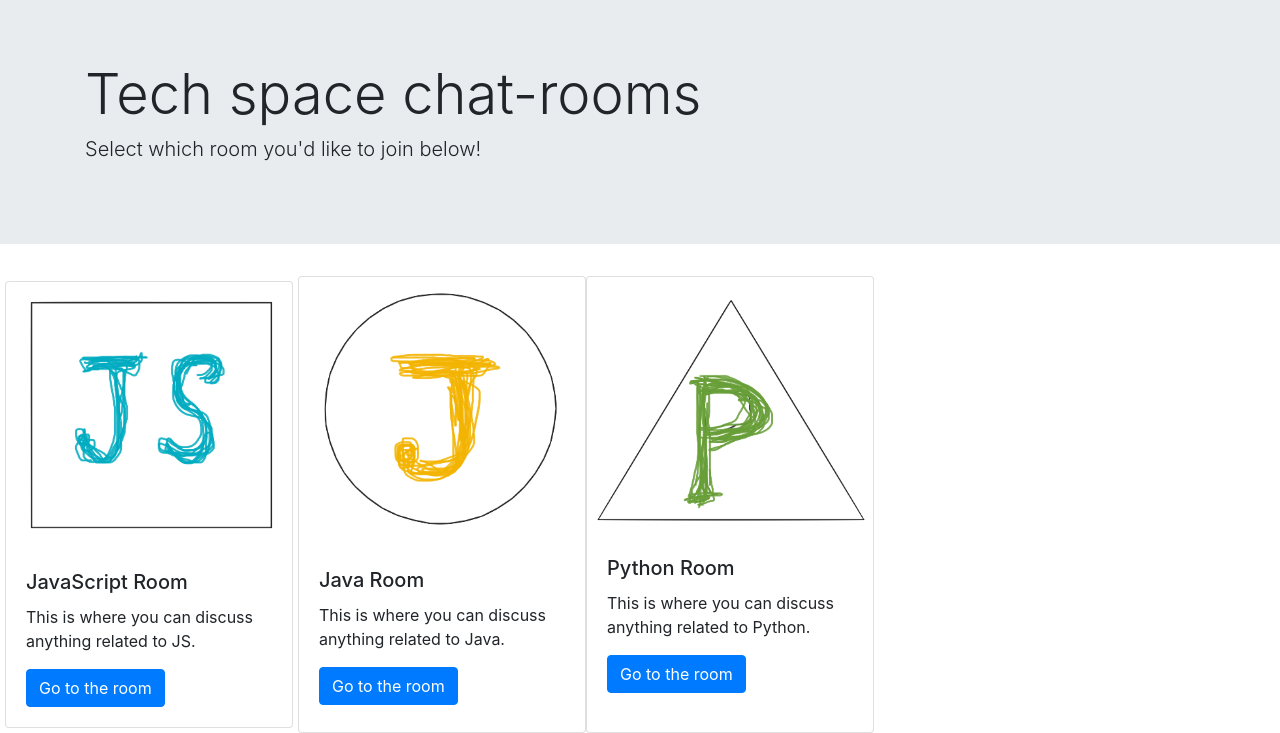
Repository: K-TT/ChatRoom
Page: public/index.html
The author's editor kept a copy of each file at every save. The page is drawn from the files as they stood at one save, then again after the next save.
The browser window is 1280 px wide. The pictures show the whole page.
Some web libraries are served in a nearby version.

Above is the page before, as saved 2022-02-20 17:19:07.

### public/index.html
<!DOCTYPE html>
<html lang="en">

<head>
    <title>ChatRoom</title>
    <meta charset="UTF-8">
    <meta name="viewport" content="width=device-width, initial-scale=1">
    <link rel="stylesheet" href="https://maxcdn.bootstrapcdn.com/bootstrap/4.0.0-beta/css/bootstrap.min.css" integrity="sha384-/Y6pD6FV/Vv2HJnA6t+vslU6fwYXjCFtcEpHbNJ0lyAFsXTsjBbfaDjzALeQsN6M" crossorigin="anonymous">

</head>

<body>
    <div class="jumbotron jumbotron-fluid">
        <div class="container">
            <h1 class="display-4">Tech space chat-rooms</h1>
            <p class="lead">Select which room you'd like to join below!</p>
        </div>
    </div>
    <div class="container-fluid row">
        <div class="card" style="width: 18rem; margin: 5px;">
            <img src="./images/javascript.png" class="card-img-top" alt="javascript">
            <div class="card-body">
                <h5 class="card-title">JavaScript Room</h5>
                <p class="card-text">This is where you can discuss anything related to JS.</p>
                <a href="/javascript" class="btn btn-primary">Go to the room</a>
            </div>
        </div>
        <div class="card" style="width: 18rem;">
            <img src="./images/java.png" class="card-img-top" alt="java">
            <div class="card-body">
                <h5 class="card-title">Java Room</h5>
                <p class="card-text">This is where you can discuss anything related to Java.</p>
                <a href="/java" class="btn btn-primary">Go to the room</a>
            </div>
        </div>
        <div class="card" style="width: 18rem;">
            <img src="./images/python.png" class="card-img-top" alt="python">
            <div class="card-body">
                <h5 class="card-title">Python Room</h5>
                <p class="card-text">This is where you can discuss anything related to Python.</p>
                <a href="/python" class="btn btn-primary">Go to the room</a>
            </div>
        </div>
    </div>


    <footer>
        <script src="https://code.jquery.com/jquery-3.2.1.slim.min.js" integrity="sha384-KJ3o2DKtIkvYIK3UENzmM7KCkRr/rE9/Qpg6aAZGJwFDMVNA/GpGFF93hXpG5KkN" crossorigin="anonymous"></script>
        <script src="https://cdnjs.cloudflare.com/ajax/libs/popper.js/1.11.0/umd/popper.min.js" integrity="sha384-b/U6ypiBEHpOf/4+1nzFpr53nxSS+GLCkfwBdFNTxtclqqenISfwAzpKaMNFNmj4" crossorigin="anonymous"></script>
        <script src="https://maxcdn.bootstrapcdn.com/bootstrap/4.0.0-beta/js/bootstrap.min.js" integrity="sha384-h0AbiXch4ZDo7tp9hKZ4TsHbi047NrKGLO3SEJAg45jXxnGIfYzk4Si90RDIqNm1" crossorigin="anonymous"></script>
    </footer>
</body>

</html>

After the next save:
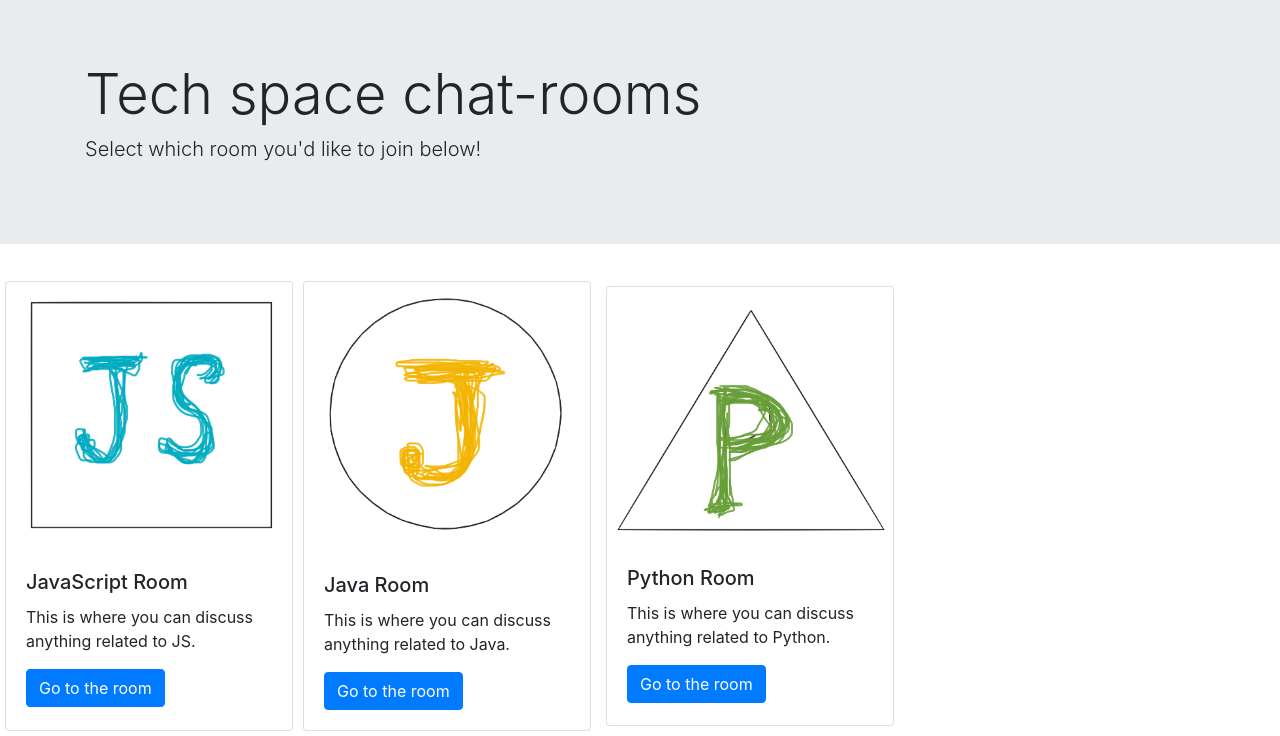
Saved 34 s later.
--- a/public/index.html
+++ b/public/index.html
@@ -25,7 +25,7 @@
                 <a href="/javascript" class="btn btn-primary">Go to the room</a>
             </div>
         </div>
-        <div class="card" style="width: 18rem;">
+        <div class="card" style="width: 18rem; margin: 5px;">
             <img src="./images/java.png" class="card-img-top" alt="java">
             <div class="card-body">
                 <h5 class="card-title">Java Room</h5>
@@ -33,7 +33,7 @@
                 <a href="/java" class="btn btn-primary">Go to the room</a>
             </div>
         </div>
-        <div class="card" style="width: 18rem;">
+        <div class="card" style="width: 18rem; margin: 10px;">
             <img src="./images/python.png" class="card-img-top" alt="python">
             <div class="card-body">
                 <h5 class="card-title">Python Room</h5>
